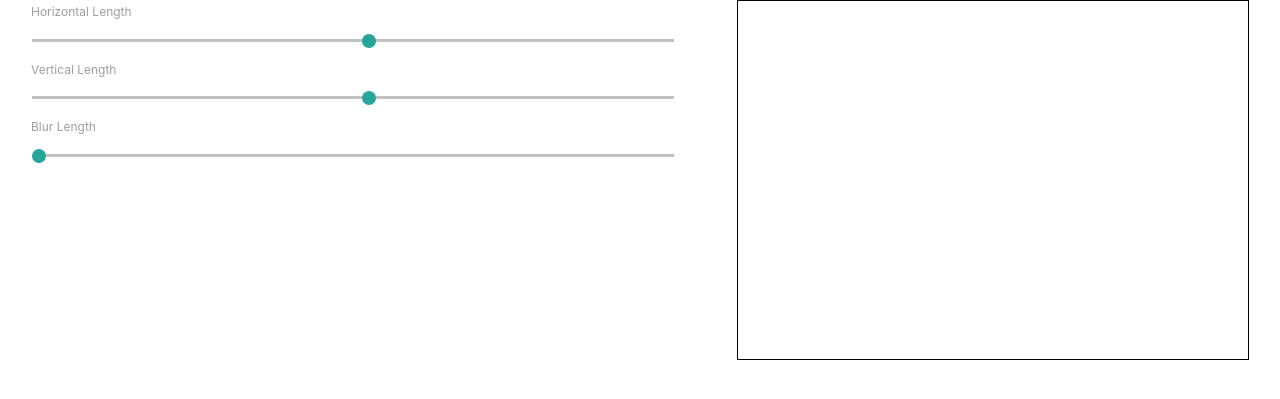
Repository: imrvj/Box-Shadow
Page: /
These files come from the project's save history. The page is drawn as it stood at one moment and after the next save; the edit follows.
The browser window is 1280 px wide. The pictures show the whole page.
The project was rebuilt for these pictures with package versions that can differ from the ones it lists, and the page was loaded fresh each time.

Above is the page before, as saved 2020-02-19 23:21:36.

### public/index.html
<!DOCTYPE html>
<html lang="en">
  <head>
    <meta charset="utf-8" />
    <link rel="icon" href="%PUBLIC_URL%/favicon.ico" />
    <meta name="viewport" content="width=device-width, initial-scale=1" />
    <meta name="theme-color" content="#000000" />
    <meta
      name="description"
      content="Web site created using create-react-app"
    />
    <link rel="apple-touch-icon" href="%PUBLIC_URL%/logo192.png" />
    <!--
      manifest.json provides metadata used when your web app is installed on a
      user's mobile device or desktop. See https://developers.google.com/web/fundamentals/web-app-manifest/
    -->
    <link rel="manifest" href="%PUBLIC_URL%/manifest.json" />
    <!--
      Notice the use of %PUBLIC_URL% in the tags above.
      It will be replaced with the URL of the `public` folder during the build.
      Only files inside the `public` folder can be referenced from the HTML.

      Unlike "/favicon.ico" or "favicon.ico", "%PUBLIC_URL%/favicon.ico" will
      work correctly both with client-side routing and a non-root public URL.
      Learn how to configure a non-root public URL by running `npm run build`.
    -->
    <!-- Compiled and minified CSS -->
    <link rel="stylesheet" href="https://cdnjs.cloudflare.com/ajax/libs/materialize/1.0.0/css/materialize.min.css">

    <title>React App</title>
  </head>
  <body>
    <noscript>You need to enable JavaScript to run this app.</noscript>
    <div id="root"></div>
    <!--
      This HTML file is a template.
      If you open it directly in the browser, you will see an empty page.

      You can add webfonts, meta tags, or analytics to this file.
      The build step will place the bundled scripts into the <body> tag.

      To begin the development, run `npm start` or `yarn start`.
      To create a production bundle, use `npm run build` or `yarn build`.
    -->
       <!-- Compiled and minified JavaScript -->
       <script src="https://cdnjs.cloudflare.com/ajax/libs/materialize/1.0.0/js/materialize.min.js"></script>

  </body>
</html>

### src/App.js
import React, { useState } from 'react';

import './App.css';

function App() {
  const [Hori, setHori] = useState(10)
  const [Veri, setVeri] = useState(10)
  const [Blur, setBlur] = useState(0)
  return (
    <div className="App">

      <div className="controls">
      <label>Horizontal Length</label>
      <input type="range"  min="-200" max="200" value={Hori} onChange={(e)=>setHori(e.target.value)}/>
      <label>Vertical Length</label>
      <input type="range"  min="-200" max="200" value={Veri} onChange={(e)=>setVeri(e.target.value)}/>
      <label>Blur Length</label>
      <input type="range"  min="0" max="200" value={Blur} onChange={(e)=>setBlur(e.target.value)}/>
     </div>
      <div className="output">
        <div className="Box"></div>
      </div>
    </div>
  );
}

export default App;

### src/App.css
.App
{
    display: flex;
    justify-content: space-around;
}

.Box
{
    width: 40vw;
    height: 50vh;
    border: solid 1px black;
    padding: 20px;
}

Loaded but not shown: src/index.js (common file); src/index.css (common file); src/serviceWorker.js (common file)

After the next save:
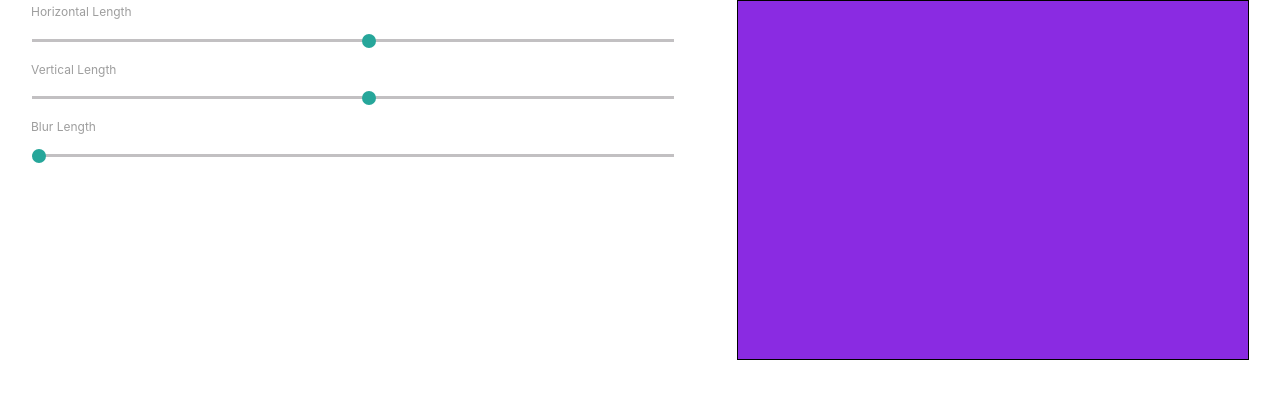
Saved 39 s later.
--- a/src/App.css
+++ b/src/App.css
@@ -9,5 +9,6 @@
     width: 40vw;
     height: 50vh;
     border: solid 1px black;
-    padding: 20px;
+    background-color: blueviolet;
+    color:white;
 }
